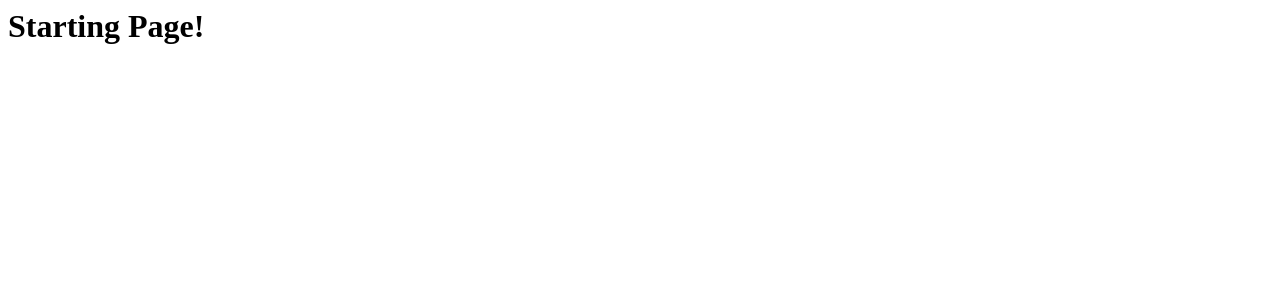
Repository: ardagungunes/my-blog
Page: http://localhost/
An editor plug-in stored every save of this project. The page is shown before and after a run of saves, followed by the edit.
The browser window is 1280 px wide. The pictures show the whole page.
The page is served by the project's application, run on Django 5.2 (manage.py). Other server files are loaded and not shown.

Above is the page before, as saved 2024-07-25 16:23:26.

### blog/views.py
from django.shortcuts import render
from django.http import HttpResponse

# Create your views here.

def starting_page(request):
    return HttpResponse("<h1>Starting Page!</h1>")

def posts(request):
    return HttpResponse("<h1>All Posts!</h1>")

def post_detail(request, slug):
    print(slug)
    print(slug)
    return HttpResponse("<h1>Single Post!</h1>")

### my_site/urls.py
"""
URL configuration for my_site project.

The `urlpatterns` list routes URLs to views. For more information please see:
    https://docs.djangoproject.com/en/5.0/topics/http/urls/
Examples:
Function views
    1. Add an import:  from my_app import views
    2. Add a URL to urlpatterns:  path('', views.home, name='home')
Class-based views
    1. Add an import:  from other_app.views import Home
    2. Add a URL to urlpatterns:  path('', Home.as_view(), name='home')
Including another URLconf
    1. Import the include() function: from django.urls import include, path
    2. Add a URL to urlpatterns:  path('blog/', include('blog.urls'))
"""
from django.contrib import admin
from django.urls import path, include

urlpatterns = [
    path('admin/', admin.site.urls),
    path("", include("blog.urls"))
]

### blog/urls.py
from django.urls import path
from . import views

urlpatterns = [
    path("", views.starting_page, name="starting-page"),
    path("posts", views.posts, name="posts-page"),
    path("posts/<slug:slug>", views.post_detail, name="post-detail-page")
]

### blog/templates/blog/index.html
{% extends "base.html" %} {% block title%} My Blog {%endblock%} {% block
content%}

<h1>Welcome to my blog</h1>

{%endblock%}

### templates/base.html
<!DOCTYPE html>
<html lang="en">
  <head>
    <meta charset="UTF-8" />
    <meta name="viewport" content="width=device-width, initial-scale=1.0" />
    <title>{% block title %}{% endblock %}</title>
    {% block css_files %}{% endblock %}
  </head>
  <body>
    {% block content %}{% endblock %}
  </body>
</html>

After the next 8 saves:
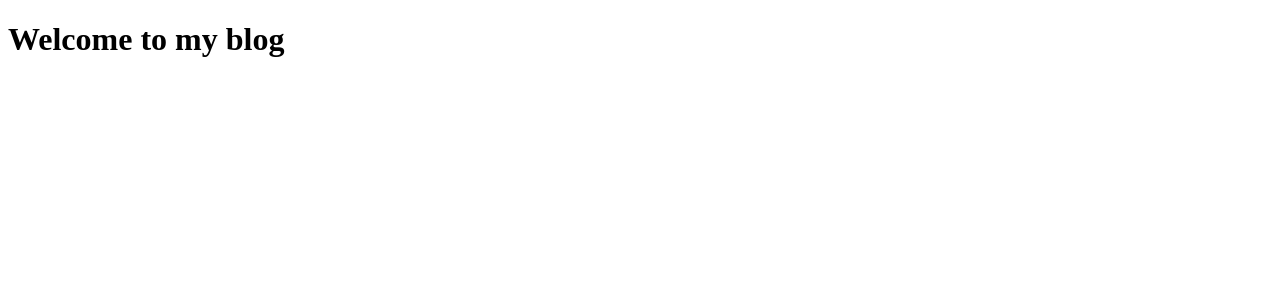
The 8 saves are shown as one change because 2 did not build or start and some came seconds apart.
The last was saved 3 min 7 s later.
--- a/blog/views.py
+++ b/blog/views.py
@@ -4,7 +4,7 @@ from django.http import HttpResponse
 # Create your views here.
 
 def starting_page(request):
-    return HttpResponse("<h1>Starting Page!</h1>")
+    return render(request, "blog/index.html")
 
 def posts(request):
     return HttpResponse("<h1>All Posts!</h1>")
--- a/blog/templates/blog/index.html
+++ b/blog/templates/blog/index.html
@@ -1,6 +1,8 @@
-{% extends "base.html" %} {% block title%} My Blog {%endblock%} {% block
-content%}
+{% extends "base.html" %} {% block title%} My Blog {%endblock%}
+
+
+
+{% block content%}
 
 <h1>Welcome to my blog</h1>
-
 {%endblock%}
